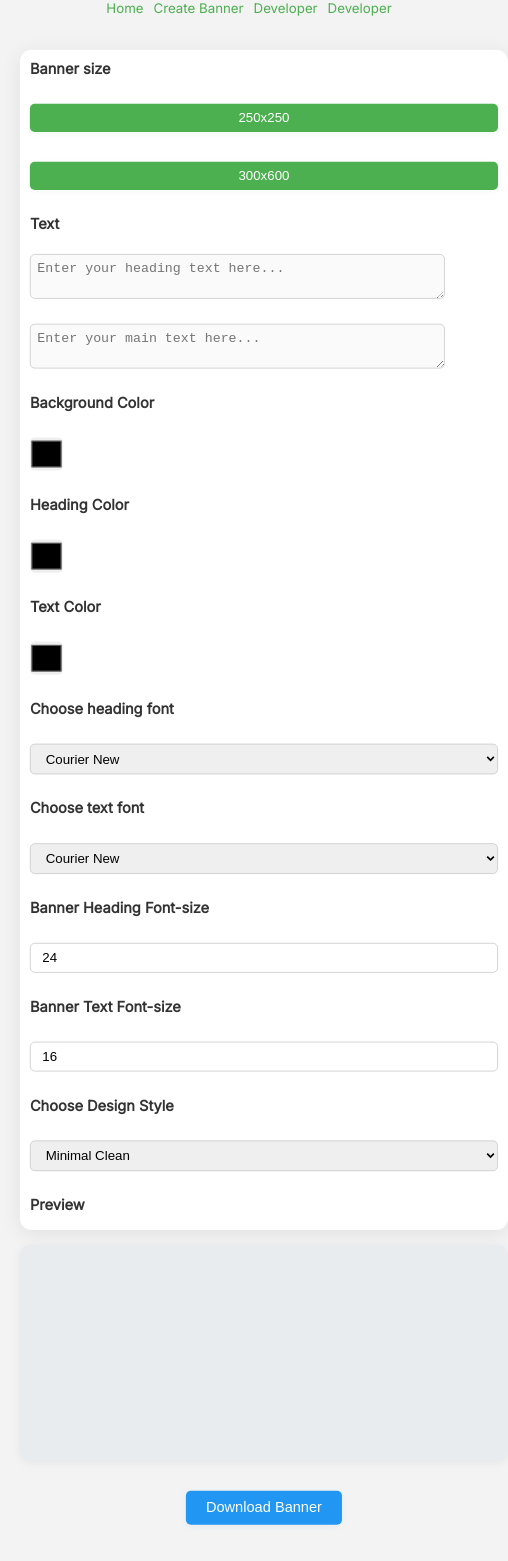
Repository: Yuravolontir/--Baner-Editor--
Page: banner.html
These files come from the project's save history. The page is drawn as it stood at one moment and after the next save; the edit follows.
The browser window is 600 px wide. The page is 612 px wide, then 600 px, so the pictures cover 612 px, including what lies to the right of the window. The pictures show the whole page, at 83% of full size.

Above is the page before, as saved 2025-07-15 21:53:55.

### banner.html
<!DOCTYPE html>
<html lang="en">
<head>
    <meta charset="UTF-8">
    <meta name="viewport" content="width=device-width, initial-scale=1.0">
    <title>Document</title>
    <link rel="stylesheet" href="/styles/styles.css">
    <script type="module" src="/scripts/index.js"></script>
    <link href="https://fonts.googleapis.com/css2?family=Be+Vietnam+Pro&family=DM+Sans&family=Figtree&family=Inter&family=Manrope&family=Outfit&family=Rubik&family=Space+Grotesk&family=Sora&family=Urbanist&display=swap" rel="stylesheet">



<!-- Include html2canvas library for capturing the banner as an image-->
<script src="https://cdn.jsdelivr.net/npm/html2canvas@1.4.1/dist/html2canvas.min.js"></script>






</head>
<body>

<nav>
    <ul>
    <li><a href="/dashboard.html">Home</a></li>
    <li><a href="/banner.html">Create Banner</a></li>
    <li><a href="/thanks-to-developer.html">Developer</a></li>
    <li><a href="/thanks-to-developer.html">Developer</a></li>
    </ul>
</nav>
<div id="banner-builder-container">
<div id="controls-section">
<h3>Banner size</h3>
<button id="250X250">250x250</button>
<button id="300X600">300x600</button>
<h3>Text</h3>
<textarea id="bannerHeading" placeholder="Enter your heading text here..."></textarea>
<textarea id="bannerText" placeholder="Enter your main text here..."></textarea>
<h3>Background Color</h3>
<input type="color" id="BackgroundColor">

<h3>Heading Color</h3>
<input type="color" id="HeadingColor">

<h3>Text Color</h3>
<input type="color" id="TextColor">

<h3>Choose heading font</h3>
<select id="head-font">
  <option value="Courier New">Courier New</option>
  <option value="Inter">Inter</option>
  <option value="Poppins">Poppins</option>
  <option value="Space Grotesk">Space Grotesk</option>
  <option value="Outfit">Outfit</option>
  <option value="Manrope">Manrope</option>
  <option value="Sora">Sora</option>
  <option value="Figtree">Figtree</option>
  <option value="Rubik">Rubik</option>
  <option value="Urbanist">Urbanist</option>
  <option value="DM Sans">DM Sans</option>
</select>

<h3>Choose text font</h3>
<select id="text-font">
  <option value="Courier New">Courier New</option>
  <option value="Inter">Inter</option>
  <option value="Poppins">Poppins</option>
  <option value="Space Grotesk">Space Grotesk</option>
  <option value="Outfit">Outfit</option>
  <option value="Manrope">Manrope</option>
  <option value="Sora">Sora</option>
  <option value="Figtree">Figtree</option>
  <option value="Rubik">Rubik</option>
  <option value="Urbanist">Urbanist</option>
  <option value="DM Sans">DM Sans</option>
</select>

<h3>Banner Heading Font-size</h3>
<input type="number" id="headingFontSize" placeholder="Enter font size in px" value="24">
<h3>Banner Text Font-size</h3>
<input type="number" id="textFontSize" placeholder="Enter font size in px" value="16">

<h3>Choose Design Style</h3>
<select id="designStyle">
  <option value="minimal">Minimal Clean</option>
  <option value="bold">Bold & Colorful</option>
  <option value="pixel">Retro Pixel</option>
</select>


<h3>Preview</h3>
</div>
<div id="preview">

</div>
<button id="downloadBanner">Download Banner</button>
</div>
</body>
</html>

### styles/styles.css
/* Reset and base styles */
* {
    box-sizing: border-box;
}
body {
    background-color: #f3f3f3;
    font-family: 'Inter', 'Arial', sans-serif;
    margin: 0;
    padding: 0;
}

/* Navigation styling */
nav {
    margin: 0 auto 32px auto;
    display: flex;
    justify-content: center;
    align-items: center;
}
nav ul {
    list-style: none;
    display: flex;
    gap: 2vw;
    padding: 0;
    margin: 0;
}
nav ul li {
    padding: 0;
}
nav ul li a {
    text-decoration: none;
    color: #4caf50;
    font-size: 1.2rem;
    font-weight: 500;
    transition: color 0.2s;
}
nav ul li a:hover {
    color: #ff9800;
}

/* Main grid container for banner builder */
#banner-builder-container {
    display: grid;
    grid-template-columns: 1fr 1fr;
    gap: 32px;
    max-width: 1100px;
    margin: 40px auto;
    padding: 0 16px;
    align-items: flex-start;
}

/* Controls section */
#controls-section {
    background: #fff;
    border-radius: 14px;
    box-shadow: 0 4px 24px rgba(0,0,0,0.08);
    padding: 28px 24px;
    display: flex;
    flex-direction: column;
    gap: 18px;
}
h3 {
    margin: 0 0 8px 0;
    font-size: 1.1rem;
    color: #333;
}
label {
    font-size: 1rem;
    color: #444;
    margin-bottom: 4px;
}
button, input[type="color"], input[type="number"], select {
    margin: 6px 0 12px 0;
    padding: 8px 14px;
    border-radius: 6px;
    border: 1px solid #ccc;
    font-size: 1rem;
    outline: none;
    transition: box-shadow 0.2s, border-color 0.2s;
}
button {
    background: #4caf50;
    color: #fff;
    border: none;
    cursor: pointer;
    font-weight: 500;
    box-shadow: 0 2px 8px rgba(76,175,80,0.08);
}
button:hover {
    background: #388e3c;
}
input[type="color"] {
    padding: 0;
    border: none;
    width: 40px;
    height: 40px;
    cursor: pointer;
}
textarea {
    width: 100%;
    min-height: 40px;
    max-width: 500px;
    padding: 8px;
    border-radius: 6px;
    border: 1px solid #ccc;
    font-size: 1rem;
    resize: vertical;
    margin-bottom: 12px;
    background: #fafafa;
}

/* Preview section */
#preview {
    min-height: 260px;
    background: #e9ecef;
    border-radius: 12px;
    box-shadow: 0 2px 12px rgba(0,0,0,0.06);
    display: flex;
    align-items: center;
    justify-content: center;
    padding: 24px;
    overflow-x: auto;
    width: 100%;
    max-width: 600px;
    margin: 0 auto;
}

/* Banner inside preview */
#generatedBanner {
    display: flex;
    flex-direction: column;
    align-items: center;
    justify-content: center;
    background: #fff;
    border-radius: 8px;
    box-shadow: 0 2px 8px rgba(0,0,0,0.04);
    padding: 16px;
    transition: box-shadow 0.2s;
}
#generatedBanner h1 {
    margin: 0 0 12px 0;
    font-size: 1.5rem;
    font-weight: 700;
}
#generatedBanner pre, #generatedBanner p {
    margin: 0 0 8px 0;
    font-size: 1rem;
    color: #333;
    background: none;
    border: none;
    padding: 0;
}

/* Download button styling */
#downloadBanner {
    margin: 18px auto 0 auto;
    display: block;
    background: #2196f3;
    color: #fff;
    border: none;
    font-size: 1.1rem;
    padding: 10px 24px;
    border-radius: 6px;
    cursor: pointer;
    box-shadow: 0 2px 8px rgba(33,150,243,0.08);
    transition: background 0.2s;
}
#downloadBanner:hover {
    background: #1565c0;
}

/* Form container styling (for index.html) */
#form-container {
    width: 350px;
    margin: 40px auto;
    padding: 24px 20px;
    background-color: #fff;
    border-radius: 14px;
    box-shadow: 0 4px 24px rgba(0,0,0,0.08);
    display: flex;
    flex-direction: column;
    align-items: center;
    text-align: center;
}

/* Responsive adjustments */
@media (max-width: 900px) {
    #banner-builder-container {
        grid-template-columns: 1fr;
        gap: 18px;
        padding: 0 4vw;
    }
    #controls-section, #preview {
        width: 100%;
        max-width: 100%;
        padding: 12px;
    }
}
@media (max-width: 700px) {
    #form-container, #preview {
        width: 98vw;
        max-width: 98vw;
        padding: 10px;
    }
    #generatedBanner {
        padding: 8px;
    }
    nav ul li a {
        font-size: 1rem;
    }
}

### scripts/index.js
import {createBanner, updateBannerHeading, updateBannerText, updateBannerColor,updateBannerHeadingColor , updateBannerTextColor,updateHeadingFont , updateTextFont, updateHeadingFontSize, updateTextFontSize, updateDesignStyle} from "./banner.js";




document.getElementById("250X250").addEventListener('click', createBanner);
document.getElementById("300X600").addEventListener('click', createBanner);


document.getElementById("bannerHeading").addEventListener('input', updateBannerHeading);

document.getElementById("bannerText").addEventListener('input', updateBannerText);

document.getElementById("BackgroundColor").addEventListener('input', updateBannerColor);

document.getElementById("HeadingColor").addEventListener('input', updateBannerHeadingColor);

document.getElementById("TextColor").addEventListener('input', updateBannerTextColor);

document.getElementById("head-font").addEventListener('input', updateHeadingFont);

document.getElementById("text-font").addEventListener('input', updateTextFont);

document.getElementById("headingFontSize").addEventListener('input', updateHeadingFontSize)

document.getElementById("textFontSize").addEventListener('input', updateTextFontSize);

document.getElementById("designStyle").addEventListener("change", updateDesignStyle);



// Add event listener for the download button
document.getElementById("downloadBanner").addEventListener("click", () => {
    const banner = document.getElementById("generatedBanner");
    if (!banner) return;

    html2canvas(banner).then(canvas => {
        const link = document.createElement("a");
        link.download = "my-banner.png";
        link.href = canvas.toDataURL();
        link.click();
    });
});
// Add event listener for the download button

### scripts/banner.js





export function createBanner(event) {
    event.preventDefault();
    const blank = document.querySelector("#preview");
    blank.innerHTML = "";
    const div = document.createElement("div");
    div.id = "generatedBanner"; // So we can update it later

    if (event.target.id === "300X600")
    {
    div.style.width = "300px";
    div.style.height = "600px";
    }
     if (event.target.id === "250X250")
    {
     div.style.width = "250px";
     div.style.height = "250px";
    }

    div.style.border = "1px solid black";
    div.style.background = "white";

    const h1 = document.createElement("h1");
    h1.id = "bannerH1"; // So we can update it
    h1.style.textAlign = "center";
    h1.textContent = document.getElementById("bannerHeading").value;

    const pre = document.createElement("pre");
    pre.id = "bannerPre"; // So we can update it
    pre.style.textAlign = "center";
    pre.textContent = document.getElementById("bannerText").value;

    div.appendChild(h1);
    div.appendChild(pre);

    blank.appendChild(div);
}
export function updateBannerHeading() {
    const h1 = document.getElementById("bannerH1");
    if (h1) {
        h1.textContent = document.getElementById("bannerHeading").value;
    }
}

export function updateBannerText() {
        const pre = document.getElementById("bannerPre");
    if (pre) {
        pre.textContent = document.getElementById("bannerText").value;
    }
}


export function updateBannerColor() {
    const div = document.getElementById("generatedBanner");
    if (div) {
        div.style.backgroundColor = document.getElementById("BackgroundColor").value;
    }
}

export function updateBannerHeadingColor() {
            const h1= document.getElementById("bannerH1");
    if (h1) {
        h1.style.color = document.getElementById("HeadingColor").value;
    }
}

export function updateBannerTextColor() {
        const pre = document.getElementById("bannerPre");
    if (pre) {
        pre.style.color = document.getElementById("TextColor").value;
    }
}

export function updateHeadingFont() {
    const h1 = document.getElementById("bannerH1");
    if (h1) {
        h1.style.fontFamily = document.getElementById("head-font").value;
    }
}
export function updateTextFont() {
    const pre = document.getElementById("bannerPre");
    if (pre) {
        pre.style.fontFamily = document.getElementById("text-font").value;
    }
}

export function updateHeadingFontSize() {
    const h1 = document.getElementById("bannerH1");
    if (h1) {
        h1.style.fontSize = document.getElementById("headingFontSize").value + "px";
    }
}
export function updateTextFontSize() {
    const pre = document.getElementById("bannerPre");
    if (pre) {
        pre.style.fontSize = document.getElementById("textFontSize").value + "px";
    }
}

export function updateDesignStyle() {
    const div = document.getElementById("generatedBanner");
    const style = document.getElementById("designStyle").value;

    if (!div) return;

    // Reset all first
    div.style.border = "";
    div.style.background = "";
    div.style.color = "";
    div.style.fontFamily = "";

    switch (style) {
        case "minimal":
            div.style.background = "white";
            div.style.color = "#222";
            div.style.border = "1px solid #ccc";
            div.style.fontFamily = "Inter";
            break;

        case "bold":
            div.style.background = "linear-gradient(135deg, #ff6b6b, #6a00f4)";
            div.style.color = "white";
            div.style.border = "none";
            div.style.fontFamily = "Rubik";
            break;

        case "pixel":
            div.style.background = "black";
            div.style.color = "#00ff00";
            div.style.border = "2px solid #444";
            div.style.fontFamily = "'Press Start 2P'";
            break;
    }
}

After the next save:
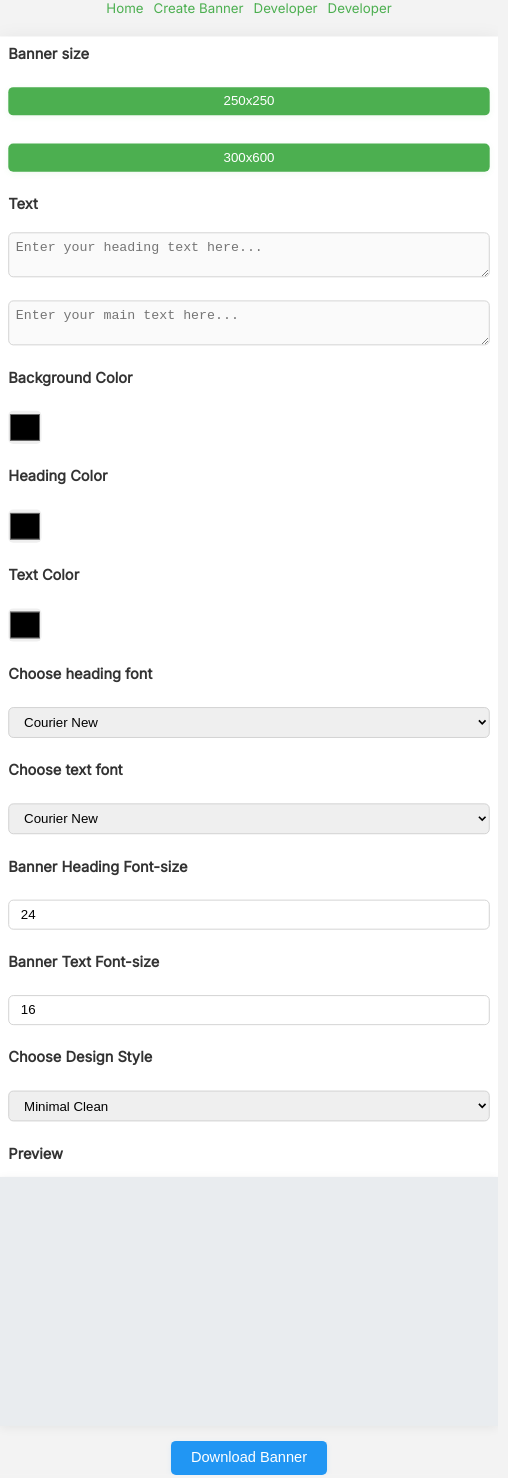
Saved 2 min 35 s later.
--- a/styles/styles.css
+++ b/styles/styles.css
@@ -2,16 +2,19 @@
 * {
     box-sizing: border-box;
 }
-body {
+html, body {
+    height: 100%;
+    width: 100%;
+    margin: 0;
+    padding: 0;
     background-color: #f3f3f3;
     font-family: 'Inter', 'Arial', sans-serif;
-    margin: 0;
-    padding: 0;
 }
 
 /* Navigation styling */
 nav {
-    margin: 0 auto 32px auto;
+    width: 100%;
+    margin: 0 0 24px 0;
     display: flex;
     justify-content: center;
     align-items: center;
@@ -22,9 +25,6 @@ nav ul {
     gap: 2vw;
     padding: 0;
     margin: 0;
-}
-nav ul li {
-    padding: 0;
 }
 nav ul li a {
     text-decoration: none;
@@ -42,21 +42,24 @@ nav ul li a:hover {
     display: grid;
     grid-template-columns: 1fr 1fr;
     gap: 32px;
-    max-width: 1100px;
-    margin: 40px auto;
-    padding: 0 16px;
-    align-items: flex-start;
+    width: 100vw;
+    height: calc(100vh - 80px); /* Adjust for nav height */
+    padding: 0 0;
+    align-items: stretch;
 }
 
 /* Controls section */
 #controls-section {
     background: #fff;
-    border-radius: 14px;
+    border-radius: 0;
     box-shadow: 0 4px 24px rgba(0,0,0,0.08);
-    padding: 28px 24px;
+    padding: 24px 16px;
     display: flex;
     flex-direction: column;
-    gap: 18px;
+    gap: 16px;
+    height: 100%;
+    width: 100%;
+    overflow-y: auto;
 }
 h3 {
     margin: 0 0 8px 0;
@@ -98,7 +101,6 @@ input[type="color"] {
 textarea {
     width: 100%;
     min-height: 40px;
-    max-width: 500px;
     padding: 8px;
     border-radius: 6px;
     border: 1px solid #ccc;
@@ -110,18 +112,16 @@ textarea {
 
 /* Preview section */
 #preview {
-    min-height: 260px;
     background: #e9ecef;
-    border-radius: 12px;
+    border-radius: 0;
     box-shadow: 0 2px 12px rgba(0,0,0,0.06);
     display: flex;
     align-items: center;
     justify-content: center;
     padding: 24px;
-    overflow-x: auto;
-    width: 100%;
-    max-width: 600px;
-    margin: 0 auto;
+    width: 100%;
+    height: 100%;
+    overflow-y: auto;
 }
 
 /* Banner inside preview */
@@ -135,6 +135,8 @@ textarea {
     box-shadow: 0 2px 8px rgba(0,0,0,0.04);
     padding: 16px;
     transition: box-shadow 0.2s;
+    width: 100%;
+    max-width: 100%;
 }
 #generatedBanner h1 {
     margin: 0 0 12px 0;
@@ -170,11 +172,10 @@ textarea {
 
 /* Form container styling (for index.html) */
 #form-container {
-    width: 350px;
-    margin: 40px auto;
+    width: 100vw;
+    margin: 0;
     padding: 24px 20px;
     background-color: #fff;
-    border-radius: 14px;
     box-shadow: 0 4px 24px rgba(0,0,0,0.08);
     display: flex;
     flex-direction: column;
@@ -186,19 +187,18 @@ textarea {
 @media (max-width: 900px) {
     #banner-builder-container {
         grid-template-columns: 1fr;
-        gap: 18px;
-        padding: 0 4vw;
+        gap: 0;
+        height: auto;
     }
     #controls-section, #preview {
-        width: 100%;
-        max-width: 100%;
+        width: 100vw;
         padding: 12px;
+        min-height: 300px;
     }
 }
 @media (max-width: 700px) {
-    #form-container, #preview {
-        width: 98vw;
-        max-width: 98vw;
+    #form-container, #preview, #controls-section {
+        width: 100vw;
         padding: 10px;
     }
     #generatedBanner {
